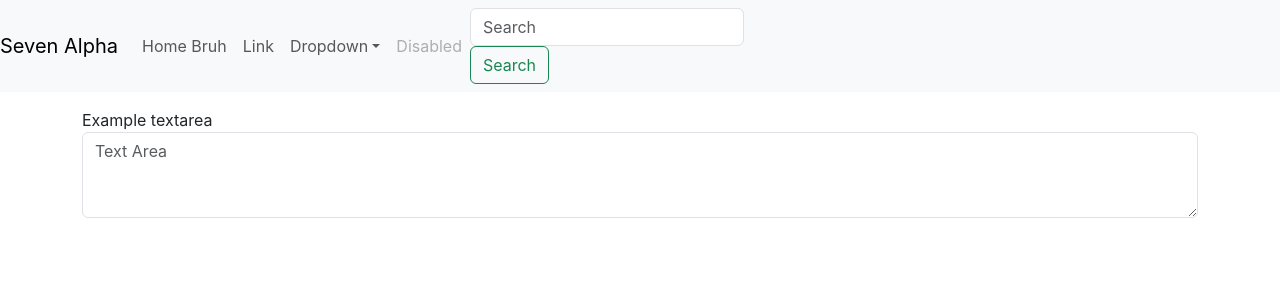
Repository: Shubham-tawar/Text-editor
Page: /
The author's editor kept a copy of each file at every save. The page is drawn from the files as they stood at one save, then again after a run of saves.
The browser window is 1280 px wide. The pictures show the whole page.
The project was rebuilt for these pictures with package versions that can differ from the ones it lists, and the page was loaded fresh each time. Also part of the build but not shown: src/App.css.

Above is the page before, as saved 2025-07-05 16:53:54.

### public/index.html
<!DOCTYPE html>
<html lang="en">
  <head>
    <meta charset="utf-8" />
    <link rel="icon" href="%PUBLIC_URL%/favicon.ico" />
    <meta name="viewport" content="width=device-width, initial-scale=1" />
    <meta name="theme-color" content="#000000" />
    <meta
      name="description"
      content="Web site created using create-react-app"
    />
    <link rel="apple-touch-icon" href="%PUBLIC_URL%/logo192.png" />
    <!--
      manifest.json provides metadata used when your web app is installed on a
      user's mobile device or desktop. See https://developers.google.com/web/fundamentals/web-app-manifest/
    -->
    <link rel="manifest" href="%PUBLIC_URL%/manifest.json" />
    <!--
      Notice the use of %PUBLIC_URL% in the tags above.
      It will be replaced with the URL of the `public` folder during the build.
      Only files inside the `public` folder can be referenced from the HTML.

      Unlike "/favicon.ico" or "favicon.ico", "%PUBLIC_URL%/favicon.ico" will
      work correctly both with client-side routing and a non-root public URL.
      Learn how to configure a non-root public URL by running `npm run build`.
    -->
    <link href="https://cdn.jsdelivr.net/npm/bootstrap@5.3.7/dist/css/bootstrap.min.css" rel="stylesheet" integrity="sha384-LN+7fdVzj6u52u30Kp6M/trliBMCMKTyK833zpbD+pXdCLuTusPj697FH4R/5mcr" crossorigin="anonymous">
    <title>React App</title>
  </head>
  <body>
    <noscript>You need to enable JavaScript to run this app.</noscript>
    <div id="root"></div>
    <!--
      This HTML file is a template.
      If you open it directly in the browser, you will see an empty page.

      You can add webfonts, meta tags, or analytics to this file.
      The build step will place the bundled scripts into the <body> tag.

      To begin the development, run `npm start` or `yarn start`.
      To create a production bundle, use `npm run build` or `yarn build`.
    -->
      <script src="https://cdn.jsdelivr.net/npm/bootstrap@5.3.7/dist/js/bootstrap.bundle.min.js" integrity="sha384-ndDqU0Gzau9qJ1lfW4pNLlhNTkCfHzAVBReH9diLvGRem5+R9g2FzA8ZGN954O5Q" crossorigin="anonymous"></script>
  </body>
</html>

### src/App.js

import './App.css';
import Navbar from './components/Navbar';
import Textform from './components/Textform';

function App() {
  return (
    <>
    <Navbar title="Seven Alpha" aboutText="Bruh"/>
    <Textform/>
    </>
  );
}

export default App;

### src/components/Navbar.js
import React from 'react'
import PropTypes from 'prop-types'
export default function Navbar(props) {
  return (
    <nav className="navbar navbar-expand-lg navbar-light bg-light">
      <a className="navbar-brand" href="/">{props.title}</a>
      <button className="navbar-toggler" type="button" data-toggle="collapse" data-target="#navbarSupportedContent" aria-controls="navbarSupportedContent" aria-expanded="false" aria-label="Toggle navigation">
        <span className="navbar-toggler-icon"></span>
      </button>

      <div className="collapse navbar-collapse" id="navbarSupportedContent">
        <ul className="navbar-nav mr-auto">
          <li className="nav-item active">
            <a className="nav-link" href="/">Home <span className="sr-only">{props.aboutText}</span></a>
          </li>
          <li className="nav-item">
            <a className="nav-link" href="/">Link</a>
          </li>
          <li className="nav-item dropdown">
            <a className="nav-link dropdown-toggle" href="/" id="navbarDropdown" role="button" data-toggle="dropdown" aria-haspopup="true" aria-expanded="false">
              Dropdown
            </a>
            <div className="dropdown-menu" aria-labelledby="navbarDropdown">
              <a className="dropdown-item" href="/">Action</a>
              <a className="dropdown-item" href="/">Another action</a>
              <div className="dropdown-divider"></div>
              <a className="dropdown-item" href="/">Something else here</a>
            </div>
          </li>
          <li className="nav-item">
            <a className="nav-link disabled" href="/">Disabled</a>
          </li>
        </ul>
        <form className="form-inline my-2 my-lg-0">
          <input className="form-control mr-sm-2" type="search" placeholder="Search" aria-label="Search"/>
          <button className="btn btn-outline-success my-2 my-sm-0" type="submit">Search</button>
        </form>
      </div>
    </nav>
  )
}

Navbar.prototypes = {
    title: PropTypes.string,
    aboutText: PropTypes.string
}

### src/components/Textform.js
import React from 'react'
import PropTypes from 'prop-types'

export default function Textform(props) {
  return (
    <form className='container my-3'>

        <div class="form-group">
            <label for="exampleFormControlTextarea1">Example textarea</label>
            <textarea class="form-control" id="exampleFormControlTextarea1" rows="3" placeholder='Text Area'></textarea>
        </div>
    </form>
  )
}

Textform.propTypesropTypes = {
    heading: PropTypes.string
}

Textform.defaultProps = {
    heading: "Enter Text Here"
}

Loaded but not shown: src/index.js (common file); src/index.css (common file); src/reportWebVitals.js (common file)

After the next 2 saves:
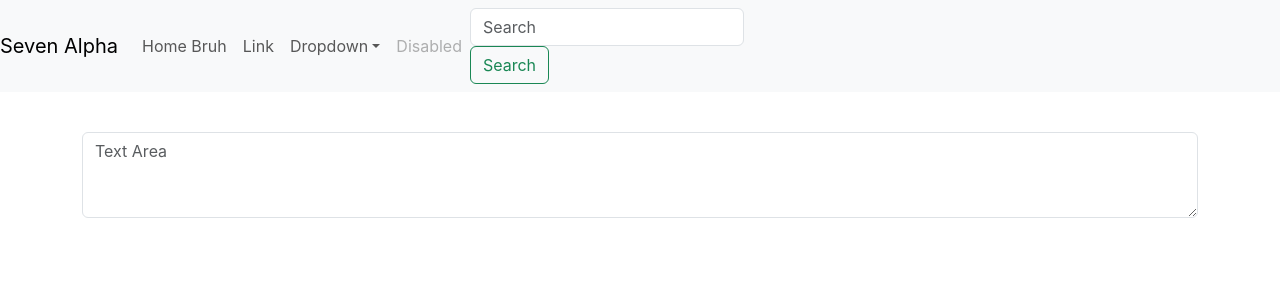
The 2 saves are shown as one change because 1 did not build or start.
The last was saved 18 s later.
--- a/src/components/Textform.js
+++ b/src/components/Textform.js
@@ -6,7 +6,7 @@ export default function Textform(props) {
     <form className='container my-3'>
 
         <div class="form-group">
-            <label for="exampleFormControlTextarea1">Example textarea</label>
+            <label for="exampleFormControlTextarea1">{props.heading}</label>
             <textarea class="form-control" id="exampleFormControlTextarea1" rows="3" placeholder='Text Area'></textarea>
         </div>
     </form>
